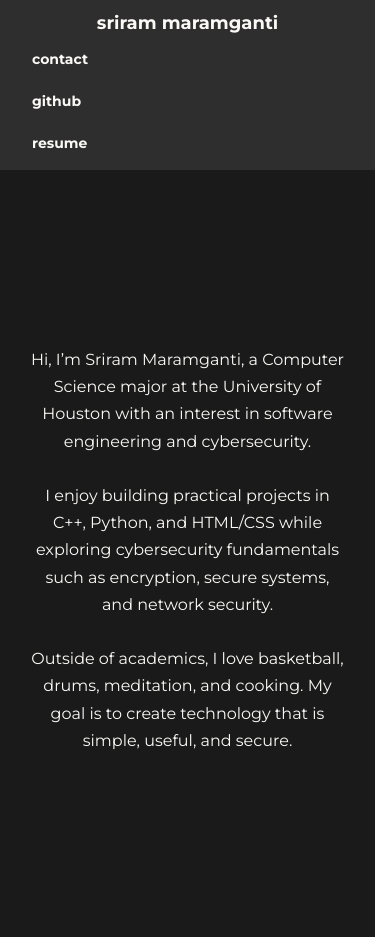
Repository: srirammaramganti/srirammaramganti.github.io
Page: index.html
The author's editor kept a copy of each file at every save. The page is drawn from the files as they stood at one save, then again after the next save.
The browser window is 375 px wide. The pictures show the part of the page from y = 0 to 937 px (the page is 1953 px tall before and 1841 px after).
Pictures or frames that could not be fetched are drawn as grey boxes.

Above is the page before, as saved 2025-12-18 14:51:15.

### index.html
  <!DOCTYPE html>
<html lang="en">
<head>
  <meta charset="UTF-8" />
  <meta name="viewport" content="width=device-width, initial-scale=1.0" />
  <title>Sriram Maramganti</title>

  <link href="https://fonts.googleapis.com/css2?family=Montserrat:wght@400;700&display=swap" rel="stylesheet">
  <link href="index.css" rel="stylesheet">
</head>

<body>

  <div id="home"></div>

  <header class="navbar">
    <div class="logo">
      <a href="#home">sriram maramganti</a>
    </div>

    <nav class="nav-links">
      <a href="#contact" id="contact-link">contact</a>
      <a href="https://github.com/srirammaramganti" target="_blank">github</a>
      <a href="#resume">resume</a>
    </nav>
  </header>

  <section class="center-content">
    <p class="about-text">
      Hi, I’m Sriram Maramganti, a Computer Science major at the
      University of Houston with an interest in software engineering and cybersecurity.
      <br><br>
      I enjoy building practical projects in C++, Python, and HTML/CSS while exploring
      cybersecurity fundamentals such as encryption, secure systems, and network security.
      <br><br>
      Outside of academics, I love basketball, drums, meditation, and cooking.
      My goal is to create technology that is simple, useful, and secure.
    </p>
  </section>

  <section id="resume" class="resume-section">
    <h2>Resume</h2>

    <iframe
      src="sriram_resume_12_4.pdf"
      width="100%"
      height="650px"
      style="border: none;">
    </iframe>

    <div class="back-to-top">
      <a href="#home">Back to Top ↑</a>
    </div>
  </section>

  <!-- ==================== UPDATED CONTACT POPUP ==================== -->
  <div class="card" id="cookie-popup">

    <p class="cookieHeading">Contact Me</p>
    <p class="cookieDescription">Email:</p>
    <p id="copyMe">sriram.maramganti1@gmail.com</p>

    <div class="buttonContainer">
      <button class="acceptButton">Close</button>
    </div>
  </div>

  <footer>
    <p>2025 Sriram Maramganti</p>
  </footer>

  <script>
  document.getElementById("contact-link").addEventListener("click", function(e) {
    e.preventDefault();
    document.getElementById("cookie-popup").style.display = "block";
  });

  document.querySelector(".acceptButton").addEventListener("click", function () {
    document.getElementById("cookie-popup").style.display = "none";
  });

  document.getElementById("copyMe").addEventListener("click", function () {
    const email = this.textContent;
    navigator.clipboard.writeText(email).then(() => {
      const originalText = this.textContent;
      this.textContent = "Copied!";
      setTimeout(() => {
        this.textContent = originalText;
      }, 1500);
    });
  });
</script>


</body>
</html>

### index.css
/* ============================================
   COLOR PALETTE
   E0E2DB - light background
   007C77 - teal accent
   D2D4C8 - navbar muted gray
   846075 - muted purple
   C6E1E7 - light blue
   ============================================ */

html {
  scroll-behavior: smooth;
}

body {
  margin: 0;
  padding: 0;
  font-family: 'Montserrat', sans-serif;
  background-color: #1A1A1A;
  color: #FAF9F6;

  /* IMPORTANT: allow scrolling */
  overflow-x: hidden;
  overflow-y: auto;
}

/* =========================
   NAVBAR
   ========================= */
.navbar {
  display: flex;
  justify-content: space-between;
  align-items: center;
  padding: 18px 40px;
  background-color: #2E2E2E;
  position: sticky;
  top: 0;
  z-index: 1000;
}

.logo {
  font-weight: 700;
  font-size: 20px;
}

.logo a {
  color: #FAF9F6;
  text-decoration: none;
}

.nav-links {
  display: flex;
  gap: 32px;
}

.nav-links a {
  color: #FAF9F6;
  text-decoration: none;
  font-weight: 600;
  font-size: 14px;
  padding: 6px 12px;
  transition: color 0.2s ease;
}

.nav-links a:hover {
  color: #C6E1E7;
}

/* =========================
   INTRO / ABOUT SECTION
   ========================= */
.center-content {
  min-height: 80vh;
  display: flex;
  justify-content: center;
  align-items: center;
  padding: 60px 20px;
  text-align: center;
}

.about-text {
  font-size: 1.25rem;
  max-width: 800px;
  line-height: 1.7;
  margin: auto;
}

/* =========================
   RESUME SECTION
   ========================= */
.resume-section {
  width: 80%;
  max-width: 900px;
  margin: 60px auto 120px auto;
  text-align: center;
}

.resume-section h2 {
  font-size: 2rem;
  margin-bottom: 20px;
}

.back-to-top {
  text-align: center;
  margin-top: 25px;
}

.back-to-top a {
  color: #C6E1E7;
  text-decoration: none;
  font-weight: 600;
  transition: color 0.2s ease;
}

.back-to-top a:hover {
  color: #FAF9F6;
}

/* =========================
   CONTACT POPUP
   ========================= */
#cookie-popup {
  display: none;
  position: fixed;
  top: 50%;
  left: 50%;
  transform: translate(-50%, -50%);
  background-color: #424242;
  color: #FAF9F6;
  width: 320px;
  padding: 25px;
  box-shadow: 2px 2px 20px rgba(0, 0, 0, 0.4);
  border-radius: 12px;
  z-index: 2000;
  text-align: center;
}

#cookieSvg {
  width: 50px;
  margin: 0 auto 12px;
}

#cookieSvg g path {
  fill: rgb(97, 81, 81);
}

.cookieHeading {
  font-size: 1.3em;
  font-weight: bold;
}

.cookieDescription {
  font-size: 0.85em;
  margin-bottom: 10px;
}

#copyMe {
  font-weight: bold;
  cursor: pointer;
  user-select: none;
  text-decoration: underline;
}

.buttonContainer {
  margin-top: 16px;
}

.acceptButton {
  background-color: #7b57ff;
  color: white;
  border: none;
  border-radius: 20px;
  padding: 8px 20px;
  cursor: pointer;
  font-weight: 600;
  transition: background-color 0.2s ease;
}

.acceptButton:hover {
  background-color: #6949d3;
}

/* =========================
   FOOTER
   ========================= */
footer {
  background-color: #2E2E2E;
  color: #FAF9F6;
  text-align: center;
  padding: 20px 0;
  font-size: 14px;
}

/* =========================
   MOBILE RESPONSIVENESS
   ========================= */
@media (max-width: 600px) {
  .navbar {
    flex-direction: column;
    align-items: flex-start;
    padding: 12px 20px;
  }
  .logo {
    font-size: 18px;
    display: flex;
    justify-content: center;
    align-items: center;
    width: 100%;
  }
  .nav-links {
    flex-direction: column;
    align-items: flex-start;
    gap: 12px;
    margin-top: 10px;
  }

  .about-text {
    font-size: 1rem;
    padding: 0 10px;
  }

  .resume-section {
    width: 95%;
  }

  #cookie-popup {
    width: 90%;
    padding: 20px;
  }

  .acceptButton {
    width: 100%;
    padding: 12px 0;
    font-size: 1rem;
  }
}

#cookie-popup {
  opacity: 0;
  transition: opacity 0.3s ease;
}

#cookie-popup.show {
  opacity: 1;
}

After the next save:
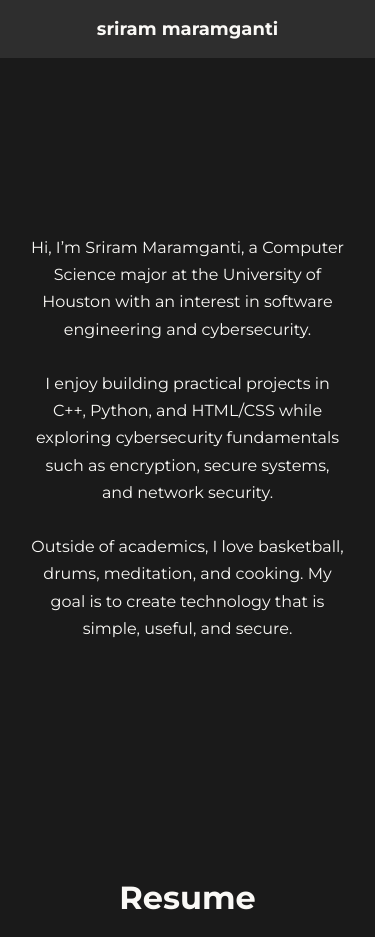
Saved 4 min 44 s later.
--- a/index.css
+++ b/index.css
@@ -196,8 +196,34 @@ footer {
 @media (max-width: 600px) {
   .navbar {
     flex-direction: column;
-    align-items: flex-start;
-    padding: 12px 20px;
+    align-items: center;
+  }
+
+  .hamburger {
+    display: block;
+    position: absolute;
+    right: 20px;
+    top: 18px;
+  }
+
+  .nav-links {
+    flex-direction: column;
+    align-items: center;
+    width: 100%;
+    display: none; /* hidden by default */
+    background-color: #2E2E2E;
+    padding-bottom: 12px;
+  }
+
+  .nav-links.show {
+    display: flex;
+  }
+
+  .nav-links a {
+    padding: 10px 0;
+    width: 100%;
+    text-align: center;
+    border-top: 1px solid #3a3a3a;
   }
   .logo {
     font-size: 18px;
@@ -206,13 +232,6 @@ footer {
     align-items: center;
     width: 100%;
   }
-  .nav-links {
-    flex-direction: column;
-    align-items: flex-start;
-    gap: 12px;
-    margin-top: 10px;
-  }
-
   .about-text {
     font-size: 1rem;
     padding: 0 10px;
